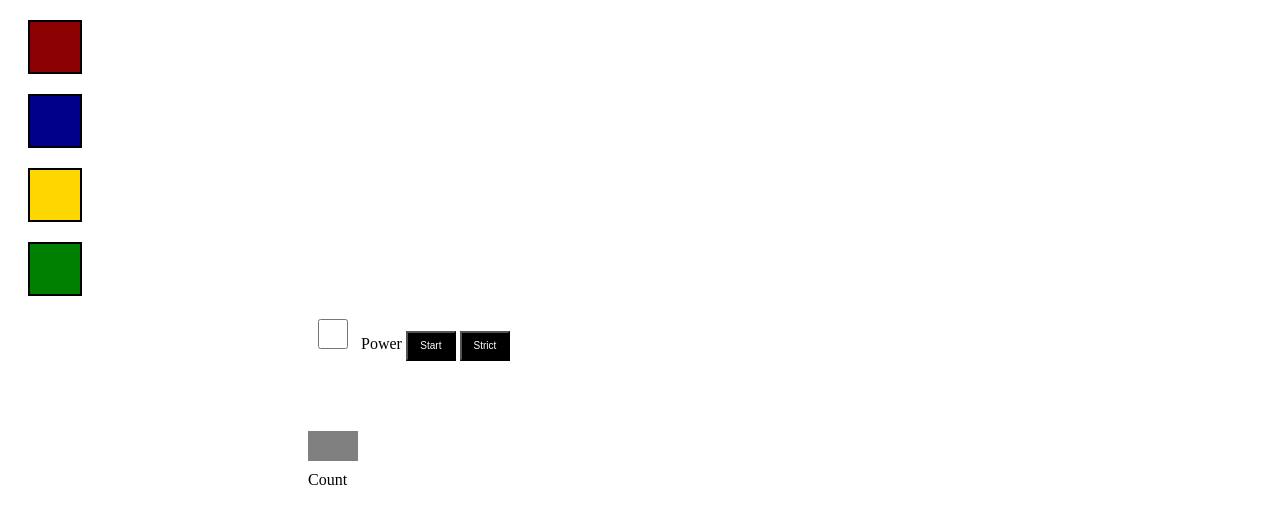
Repository: Code-Institute-Submissions/The-Simon-Game
Page: index.html
The author's editor kept a record of every edit. The page is drawn from the files as they stood at one moment, then again after the next edit.
The browser window is 1280 px wide. The pictures show the whole page.
Some web libraries are served in a nearby version.

Above is the page before.

### index.html
<!DOCTYPE html>
<html lang="en">

<head>
  <meta charset="UTF-8">
  <meta name="viewport" content="width=device-width, initial-scale=1.0">
  <meta http-equiv="X-UA-Compatible" content="ie=edge">
  <link rel="stylesheet" href="css/style.css" type="text/css" />
  <script src="https://ajax.googleapis.com/ajax/libs/jquery/3.2.1/jquery.min.js"></script>
  <title>The Simon Game</title>
</head>

<body>
  <section>
    <div id='colorBoxes' class='red' onclick='play();'>
       <audio id='audio' src='https://s3.amazonaws.com/freecodecamp/simonSound1.mp3'></audio>
    </div>
    <div id="colorBoxes" class="blue" onclick='audio'>
      <audio src='https://s3.amazonaws.com/freecodecamp/simonSound2.mp3'></audio>
    </div>
    <div id="colorBoxes" class="yellow" onclick='audio'>
      <audio src='https://s3.amazonaws.com/freecodecamp/simonSound3.mp3'></audio>
    </div>
    <div id="colorBoxes" class="green" onclick='audio'>
      <audio src='https://s3.amazonaws.com/freecodecamp/simonSound4.mp3'></audio>
    </div>
    <input type="checkbox" id='power' class='onOffButton'>Power</input>
    <button id="start" class="startButton">Start</button>
    <button id="strict" class="strictButton">Strict</button>
    <div id="counterBox" class="turn"></div>
    <div class="count">Count</div>
  </section>
</body>

<script type="text/javascript" src="js/script.js"></script>
<script src="https://stackpath.bootstrapcdn.com/bootstrap/4.3.1/js/bootstrap.min.js"
integrity="sha384-JjSmVgyd0p3pXB1rRibZUAYoIIy6OrQ6VrjIEaFf/nJGzIxFDsf4x0xIM+B07jRM"
crossorigin="anonymous"></script>
</html>

### css/style.css
.startButton {
    height: 30px;
    width: 50px;
    background-color: black;
    color: white;
    font-size: 10px;
}

.strictButton {
    height: 30px;
    width: 50px;
    background-color: black;
    color: white;
    font-size: 10px;
}

.onOffButton {
    margin-left: 300px;
    height: 30px;
    width: 50px;
    background-color: black;
    color: white;
    font-size: 10px;
}

.turn {
    position: absolute;
    background: grey;
    color: blue;
    font-family: courier;
    font-size: 20px;
    height: 30px;
    width: 50px;
    margin-left: 300px;
    margin-top: 70px;
    text-align: center;
    vertical-align: middle;
    line-height: 30px;
}

.count {
    margin-left: 300px;
    margin-top: 110px;
}

.red {
    border: 2px solid black;
    background-color: darkred;
    height: 50px;
    width:50px;
    margin:20px;
}

.blue {
    border: 2px solid black;
    background-color: darkblue;
    height: 50px;
    width:50px;
    margin:20px;
}

.yellow {
    border: 2px solid black;
    background-color: gold;
    height: 50px;
    width:50px;
    margin:20px;
}

.green {
    border: 2px solid black;
    background-color: green;
    height: 50px;
    width:50px;
    margin:20px;
}

### js/script.js
// Varibles

let onOffButton = false;
let start = false;
let strict = false;
let level = 20;
let colorBoxes;
let color = ['red'];
let counterBox;

let red = new Audio('https://s3.amazonaws.com/freecodecamp/simonSound1.mp3');
let blue = new Audio('https://s3.amazonaws.com/freecodecamp/simonSound2.mp3');
let yellow = new Audio('https://s3.amazonaws.com/freecodecamp/simonSound3.mp3');
let green = new Audio('https://s3.amazonaws.com/freecodecamp/simonSound4.mp3');

// Power Button

$('#power').click(function() {
  onOffButton = (onOffButton == false);
  if (onOffButton) {
    onOffButton = true;
    $('#counterBox').text('--');
  }
  else {
    onOffButton = false;
    $('#counterBox').text('');
  }
  start = false;
  strict = false;
  console.log('counterBox');
});

// Start Game Button

$('#start').click(function() {
  start = (start == false);
  if (start) {
    start = true;
    $('#start').css('background-color', 'white');
    $('#start').css('color', 'black');
    $('#counterBox').text('1');
  }
  else {
    start = false;
    $('#start').css('background-color', 'black');
    $('#start').css('color', 'white');
    $('#counterBox').text('--');
  }
  strict = false;
  level = 1;
  level++;
  simonSequence();
  startGame();
});

// Strict Game Button

$('#strict').click(function() {
  strict = (strict == false);
  if (strict) {
    strict = true;
    $('#strict').css('background-color', 'red');
    $('#strict').css('color', 'black');
  }
  else {
    strict = false;
    $('#strict').css('background-color', 'black');
    $('#strict').css('color', 'white');
  }
  level = 1;
  level++;
  simonSequence();
  startGame();
  console.log('strict');
});


function startGame() {
  $('#start').click(function() {
  let color = Math.floor(Math.random() * 4);
  startGame(color);
  start;
  strict;
  simonSequence();
  console.log('color');
});
}

// Simon Sequence

function simonSequence() {
    level = 1;
    level++;
    color;
    startGame();
  $('#counterBox').text('1');
   var i = 0;
    var myInterval = setInterval(function() {
      color = simonSequence[i];
      i++;
      if (i == simonSequence.length) {
        clearInterval(myInterval);
      }
    }, 1000);
  console.log('simonSequence');
}

After the next edit:
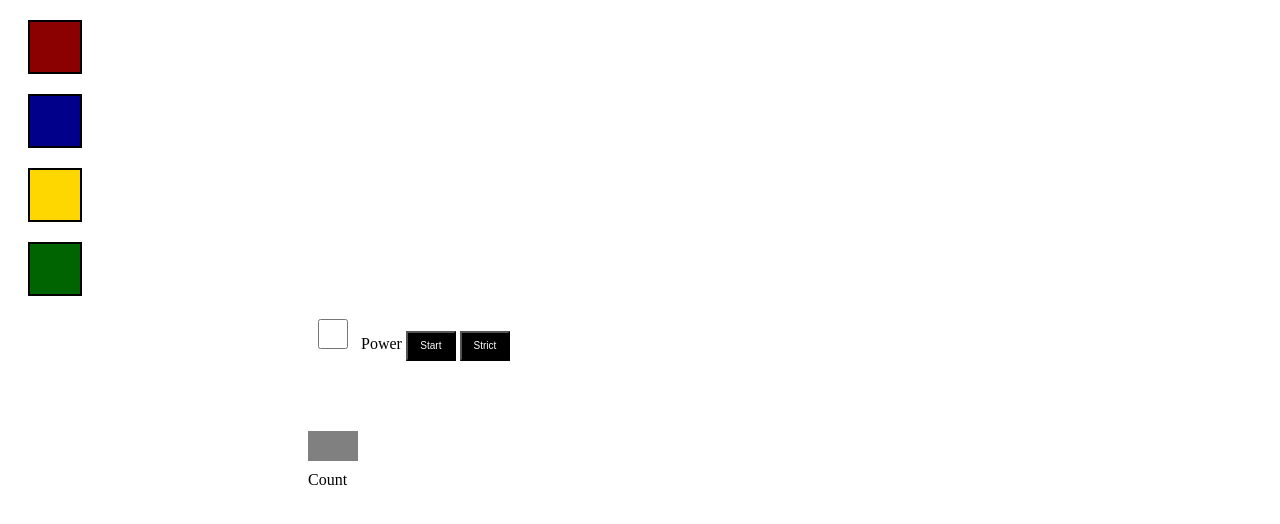
The edit:
--- a/css/style.css
+++ b/css/style.css
@@ -69,7 +69,7 @@
 
 .green {
     border: 2px solid black;
-    background-color: green;
+    background-color: darkgreen;
     height: 50px;
     width:50px;
     margin:20px;
